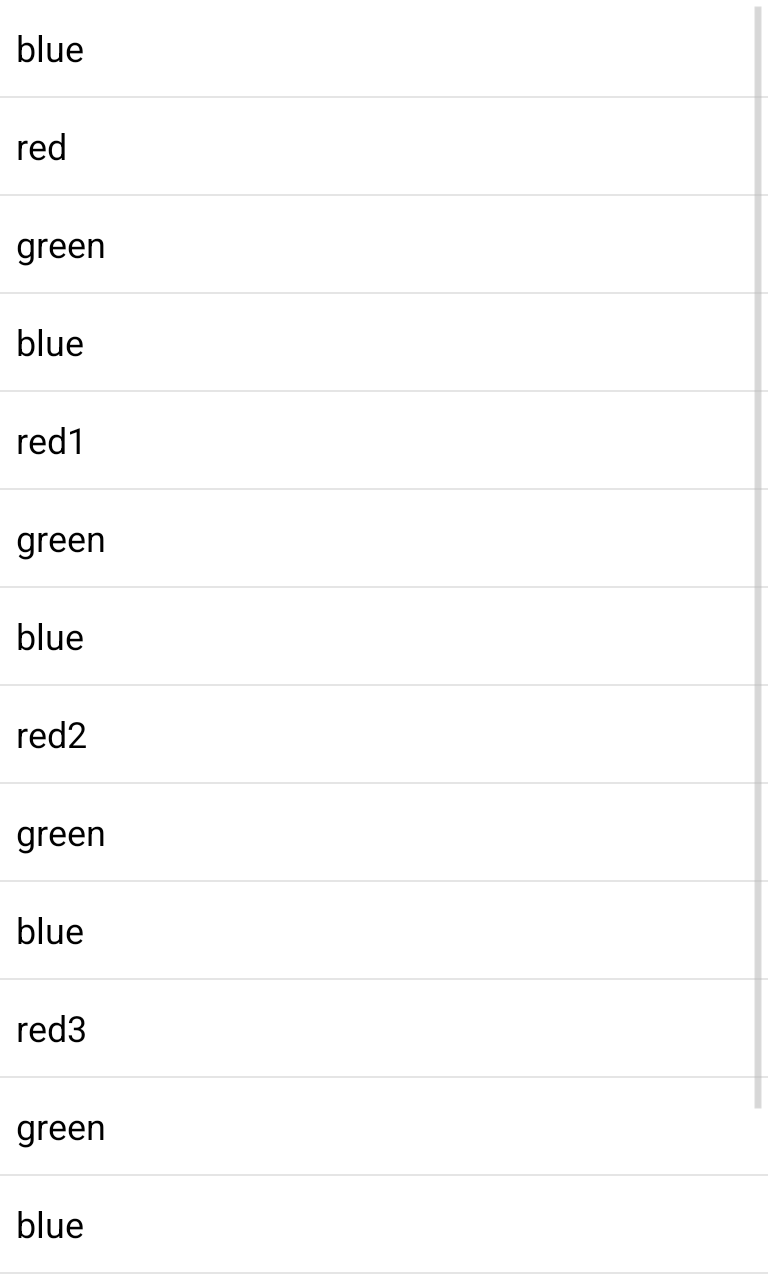
Repository: GustavoLucon/Archives
Layout: TCC 1.2/ParkHere/testLista/res/layout/main.xml
The author's editor kept a copy of each file at every save. The layout is drawn from the files as they stood at one save, then again after the next save.
It is drawn on a 768 x 1280 px phone screen (xhdpi) without system bars, with theme AppTheme; the app's code is not run. Lists and similar views that code fills are empty.

Above is the layout before, as saved 2012-12-04 02:34:51.

After the next save:
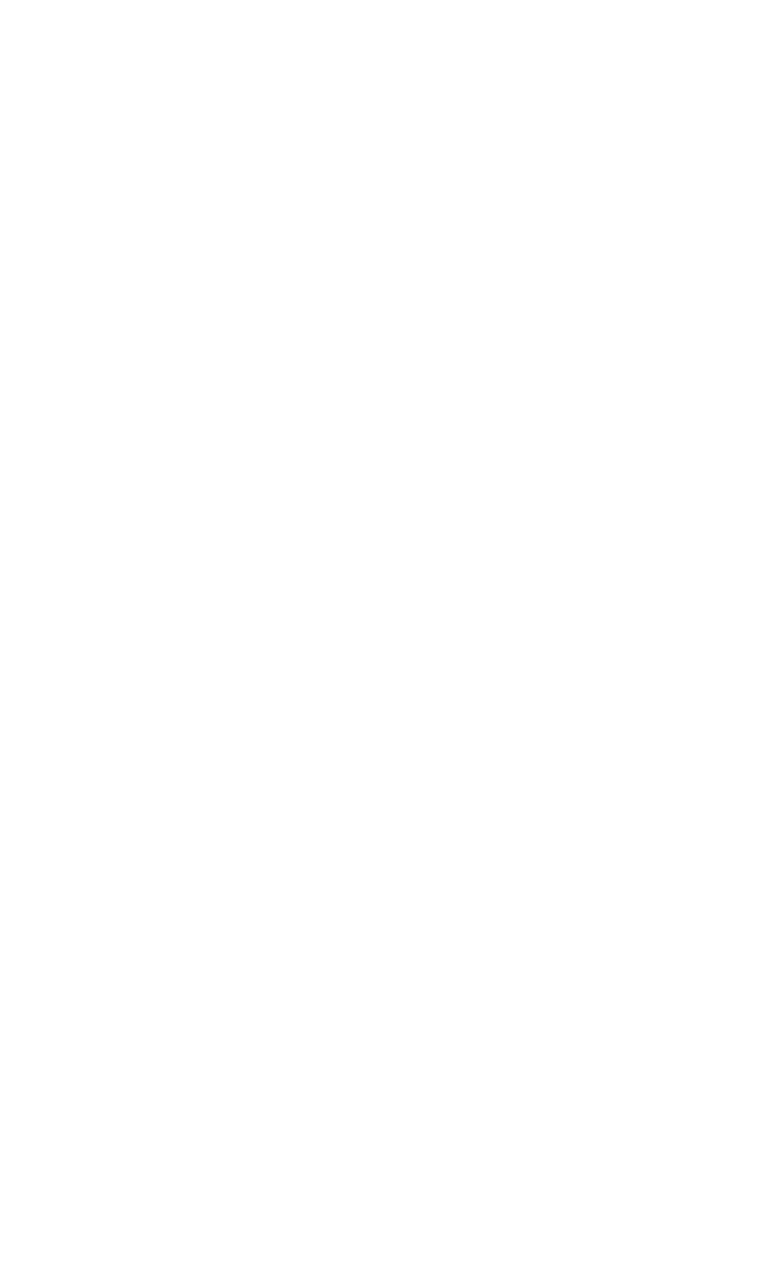
Saved 11 min 22 s later.
--- a/TCC 1.2/ParkHere/testLista/res/layout/main.xml
+++ b/TCC 1.2/ParkHere/testLista/res/layout/main.xml
@@ -9,7 +9,6 @@
         android:layout_height="wrap_content"
         android:layout_alignParentTop="true"
         android:layout_centerHorizontal="true"
-        android:entries="@array/colors"
         >
 
     </ListView>

After the save that followed:
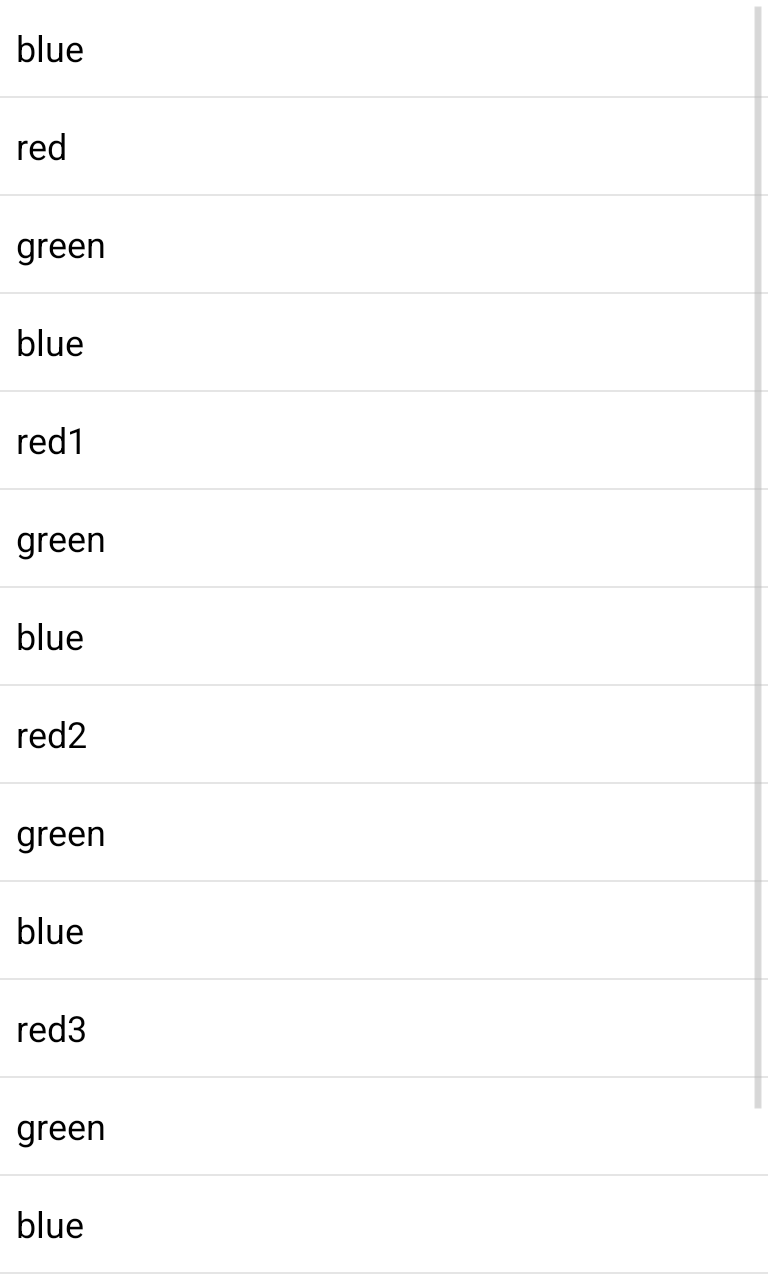
Saved 80 s later.
--- a/TCC 1.2/ParkHere/testLista/res/layout/main.xml
+++ b/TCC 1.2/ParkHere/testLista/res/layout/main.xml
@@ -9,6 +9,7 @@
         android:layout_height="wrap_content"
         android:layout_alignParentTop="true"
         android:layout_centerHorizontal="true"
+        android:entries="@array/colors"
         >
 
     </ListView>
